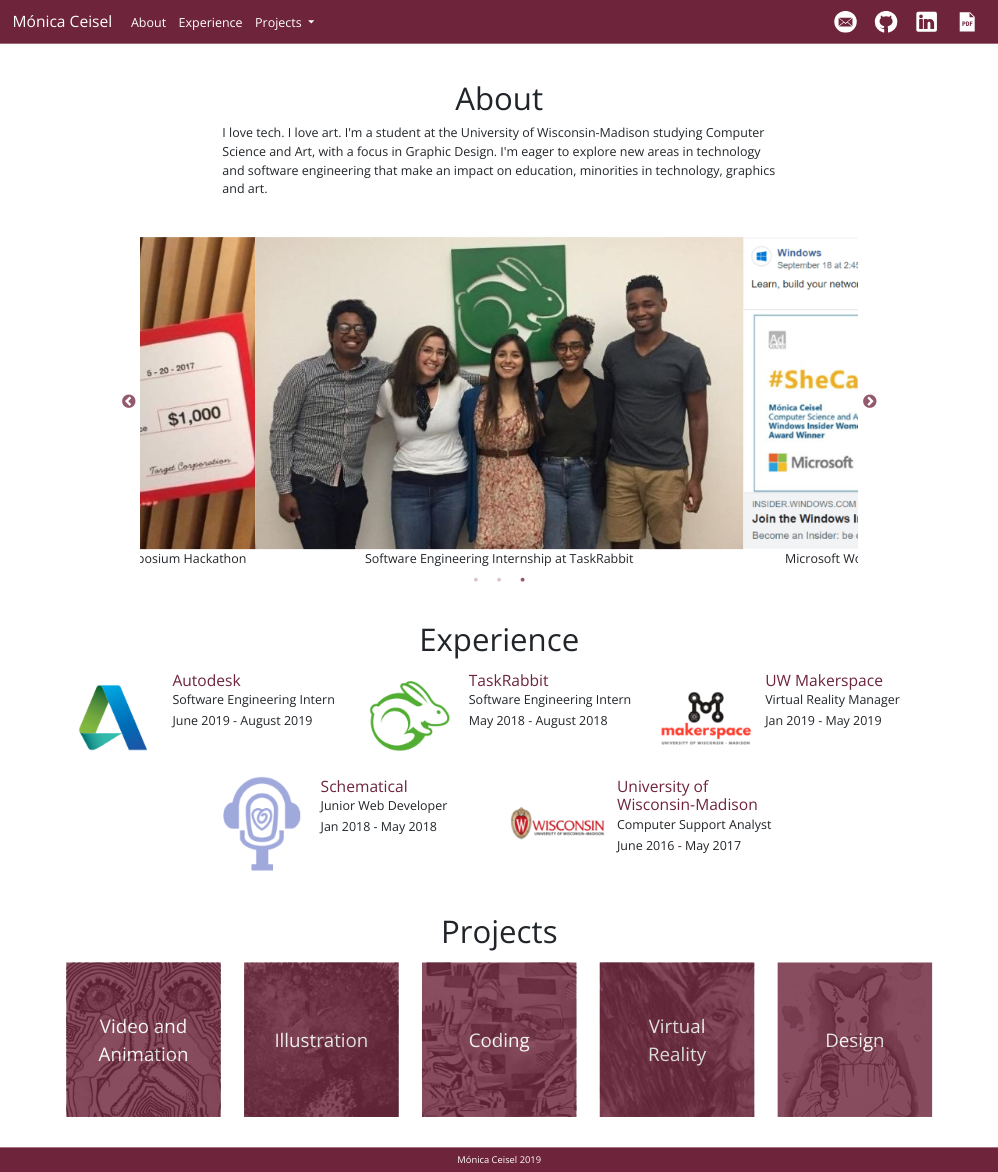
Repository: ceiselm/ceiselm.github.io
Page: index.html
The author's editor kept a copy of each file at every save. The page is drawn from the files as they stood at one save, then again after the next save.
The browser window is 1280 px wide. The pictures show the whole page, at 78% of full size.

Above is the page before, as saved 2019-08-07 20:47:12.

### index.html
<!DOCTYPE html>
<html lang="en">

<head>
  <meta charset="utf-8">
  <meta http-equiv="X-UA-Compatible" content="IE=edge">
  <meta name="viewport" content="width=device-width, initial-scale=1">
  <title>M&oacute;nica Ceisel</title>
  <!-- Bootstrap -->
  <link href="css/bootstrap-4.2.1.css" rel="stylesheet">
  <!-- slick -->
  <link rel="stylesheet" type="text/css" href="slick/slick.css" />
  <!-- Add the new slick-theme.css if you want the default styling -->
  <link rel="stylesheet" type="text/css" href="slick/slick-theme.css" />
  <!-- font -->
  <link href="https://fonts.googleapis.com/css?family=Open+Sans&display=swap" rel="stylesheet">
  <!-- overwrites -->
  <link href="css/home.css" rel="stylesheet">
</head>

<body>
  <main>
    <!-- site navigation component START -->
    <nav class="navbar navbar-expand-lg navbar-dark bg-dark">
      <a class="navbar-brand" href="./index.html">M&oacute;nica Ceisel</a>
      <button class="navbar-toggler" type="button" data-toggle="collapse" data-target="#navbarSupportedContent"
        aria-controls="navbarSupportedContent" aria-expanded="false" aria-label="Toggle navigation">
        <span class="navbar-toggler-icon"></span>
      </button>
      <div class="collapse navbar-collapse" id="navbarSupportedContent">
        <ul class="navbar-nav mr-auto">
          <li class="nav-item">
            <a class="nav-link" href="#startAbout">About</a>
          </li>
          <li class="nav-item">
            <a class="nav-link" href="#startExperience">Experience</a>
          </li>
          <li class="nav-item dropdown">
            <a class="nav-link dropdown-toggle" href="#" id="navbarDropdown" role="button" data-toggle="dropdown"
              aria-haspopup="true" aria-expanded="false">
              Projects
            </a>
            <div class="dropdown-menu" aria-labelledby="navbarDropdown">
              <a class="dropdown-item" href="./subpages/coding.html">Coding</a>
              <div class="dropdown-divider"></div>
              <a class="dropdown-item" href="./subpages/illustration.html">Illustration</a>
              <a class="dropdown-item" href="./subpages/design.html">Design</a>
              <a class="dropdown-item" href="./subpages/virtualreality.html">Virtual Reality</a>
              <a class="dropdown-item" href="./subpages/videoandanimation.html">Video and Animation</a>
            </div>
          </li>
        </ul>
      </div>
      <!--		HAVE ICONS APPEAR ON BOTTOM FOR RESPONSIVE!-->
      <div class="navabar navbar-collapse">
        <ul class="navbar-nav ml-auto">
          <li class="nav-item">
            <a target="_blank" href="mailto:ceiselm@gmail.com"><img class="contact-icon" src="images/social/mail.svg"
                title="ceiselm@gmail.com" alt="mail"></a>
            <a target="_blank" href="https://github.com/ceiselm"><img class="contact-icon" src="images/social/github.svg"
                title="ceiselm" alt="github"></a>
            <a target="_blank" href="https://www.linkedin.com/in/monicaceisel/"><img class="contact-icon" src="images/social/linkedin.svg"
                title="monicaceisel" alt="linkedin"></a>
            <!-- <a target="_blank" href="https://twitter.com/Momonimations"><img class="contact-icon" src="images/social/twitter.svg" title="Momonimations" alt="twitter"></a> -->
            <a target="_blank" href="https://drive.google.com/file/d/1Cxu938UaEI__a5fxJjOS7-iBWBv4FZOx/view?usp=sharing"><img
                class="contact-icon" src="images/social/pdf.svg" title="Resume" alt="resume"></a>
          </li>
        </ul>
      </div>
    </nav>
    <!-- site navigation component END -->
    <!-- <hr> -->
    <!-- about START -->
    <div class="portion">
      <section>
        <div class="text-center mt-2">
          <div class="container">
            <div class="row">
              <div class="col-12">
                <h1 id="startAbout">About</h1>
                <div class="container">
                  <div class="row justify-content-center">
                    <div class="col col-md-8">
                      <p align="left">I love tech. I love art. I'm a student at the University of Wisconsin-Madison
                        studying Computer Science and Art,
                        with a focus in Graphic Design. I'm eager to explore new areas in technology and software
                        engineering that
                        make an impact on education, minorities in technology, graphics and art.
                      </p>
                    </div>
                  </div>
                </div>
                <!-- noteworthy articles -->
                <!--				https://insider.windows.com/en-us/community-news/how-this-coder-artist-grew-superpowers-to-create/-->
                <!--				https://insider.windows.com/en-us/community-news/extraordinary-women-in-computing/-->

                <!-- <div class="wrapper"> -->
                <div class="portion">
                  <div class="row align-items-center">
                  <div class="container col-lg-10 col-md-10">
                  <div class="slides">
                    <div><img class="slide-item col-sx-4" src="images/carousel/Microsoft.png" alt="First slide"><a class="highlight" href="https://insider.windows.com/en-us/community-news/how-this-coder-artist-grew-superpowers-to-create/">Microsoft Women
                      in Computing Award Winner</a></div>
                    <div><img class="slide-item col-sx-4" src="images/carousel/Target.jpg" alt="Second slide">1st Place for the
                      Target Women in Tech Symposium Hackathon</div>
                    <div><img class="slide-item col-sx-4" src="images/carousel/TaskRabbit.jpg" alt="Third slide">Software
                      Engineering Internship at TaskRabbit</div>
                  </div>
                </div>
                </div>
              </div>
              </div>
            </div>
          </div>
        </div>
      </section>
    </div>
    <!-- about END -->
    <!-- experience START -->
    <!-- <hr> -->
    <div class="portion">
      <section>
        <div class="container">
          <div class="row">
            <div class="col-12 text-center">
              <h1 id="startExperience">Experience</h1>
              <!-- <p>Lorem ipsum dolor sit amet, consectetur adipisicing elit. Quibusdam, magni, doloribus, possimus eum sapiente deleniti doloremque fugit ut expedita molestiae iusto debitis eveniet modi obcaecati ipsam quos quis labore dicta.</p> -->
            </div>
          </div>
        </div>
      </section>
      <section>
        <div class="container mt-2">
          <div class="row align-items-center">
            <div class="col-md-4 col-12">
              <ul class="list-unstyled">
                <li class="media">
                  <img class="mr-3" src="images/companies/120px-Autodesk_logo.svg.png" alt="Autodesk">
                  <div class="media-body">
                    <h5 class="mt-0 mb-1"><a href="https://www.autodesk.com/">Autodesk</a></h5>
                    <h6>Software Engineering Intern</h6>
                    <h6>June 2019 - August 2019</h6>
                  </div>
                </li>
              </ul>
            </div>
            <div class="col-md-4 col-12">
              <ul class="list-unstyled">
                <li class="media">
                  <img class="mr-3" src="images/companies/taskrabbit_logo.png" alt="TaskRabbit">
                  <div class="media-body">
                    <h5 class="mt-0 mb-1"><a href="https://www.taskrabbit.com/">TaskRabbit</a></h5>
                    <h6>Software Engineering Intern</h6>
                    <h6>May 2018 - August 2018</h6>
                  </div>
                </li>
              </ul>
            </div>
            <div class="col-md-4 col-12">
              <ul class="list-unstyled">
                <li class="media">
                  <img class="mr-3" src="images/companies/makerspacelogo.png" alt="Makerspace">
                  <div class="media-body">
                    <h5 class="mt-0 mb-1"><a href="https://making.engr.wisc.edu/">UW Makerspace</a></h5>
                    <h6>Virtual Reality Manager</h6>
                    <h6>Jan 2019 - May 2019</h6>
                  </div>
                </li>
              </ul>
            </div>
          </div>
        <!-- second row -->
        <div class="row">
          <div class="container col-lg-8 col-md-8 col-sm-12 col-xs-12">
                    <div class="row">
            <div class="col">
              <ul class="list-unstyled">
                <li class="media">
                  <img class="mr-3" src="images/companies/castdex_logo.png" alt="Schematical">
                  <div class="media-body">
                    <h5 class="mt-0 mb-1">Schematical</h5>
                    <h6>Junior Web Developer</h6>
                    <h6>Jan 2018 - May 2018</h6>
                  </div>
                </li>
              </ul>
            </div>
            <div class="col">
              <ul class="list-unstyled">
                <li class="media">
                  <img class="mr-3" src="images/companies/uwmadison.png" alt="University of Wisconsin-Madison">
                  <div class="media-body">
                    <h5 class="mt-0 mb-1"><a href="">University of Wisconsin-Madison</a></h5>
                    <h6>Computer Support Analyst</h6>
                    <h6>June 2016 - May 2017</h6>
                  </div>
                </li>
              </ul>

            </div>
            <div>
          </div>
          </div>

        </div>
      </section>
    </div>
  </div>
  <!-- experience END -->
    <!-- <hr> -->
    <!-- projects START -->
    <div class="portion">
      <section>
        <div class="container">
          <div class="row">
            <div class="col-12 text-center">
              <h1>Projects</h1>
              <!-- <p>Lorem ipsum dolor sit amet, consectetur adipisicing elit. Officia, et, placeat !</p> -->
            </div>
          </div>
          <div class="row mt-2">

            <div class="col-md mt-md-0 mt-1">
              <a href="./subpages/videoandanimation.html">
                <img class="image img-fluid float-right" src="images/buttons/Button03.png" alt="Video and Animation" href="#">
                <div class="overlay">
                  <div class="text">Video and Animation</div>
                </div>
              </a>
            </div>

            <div class="col-md mt-md-0 mt-1">
              <a href="./subpages/illustration.html">
                <img class="image img-fluid float-left" src="images/buttons/Button01.png" alt="Illustration">
                <div class="overlay">
                  <div class="text">Illustration</div>
                </div>
              </a>
            </div>

            <div class="col-md mt-md-0 mt-1">
              <a href="./subpages/coding.html">
                <img class="image img-fluid float-left" src="images/buttons/Button05.png" alt="Coding" href="#">
                <div class="overlay">
                  <div class="text">Coding</div>
                </div>
              </a>
            </div>
            <div class="col-md mt-md-0 mt-1">
              <a href="./subpages/virtualreality.html">
                <img class="image img-fluid float-right" src="images/buttons/Button04.png" alt="Virtual Reality" href="#">
                <div class="overlay">
                  <div class="text">Virtual Reality</div>
                </div>
              </a>
            </div>
            <div class="col-md mt-md-0 mt-1">
              <a href="./subpages/design.html">
                <img class="image img-fluid float-left" src="images/buttons/Button02.png" alt="Design" href="#">
                <div class="overlay">
                  <div class="text">Design</div>
                </div>
              </a>
            </div>
          </div>
        </div>
      </section>
    </div>
  <!-- projects END -->
  </main>
  <!-- footer START -->
  <div class="portion">
    <div class="footer">
      <div class="container h-100">
        <div class="row h-100 justify-content-center align-items-center footer-text">
          <div class="col-12 text-center">
            M&oacute;nica Ceisel 2019
          </div>
        </div>
      </div>
    </div>
  </div>
  <!-- footer END -->
  <!-- jQuery (necessary for Bootstrap's JavaScript plugins) -->
  <script src="js/jquery-3.3.1.min.js"></script>
  <!-- Include all compiled plugins (below), or include individual files as needed -->
  <script src="js/popper.min.js"></script>
  <script src="js/bootstrap-4.2.1.js"></script>
  <script src="js/index.js"></script>
  <!-- slick -->
  <script type="text/javascript" src="slick/slick.min.js"></script>
</body>

</html>

### css/home.css
@charset "utf-8";
/* CSS Document */

body {
  font-family: 'Open Sans', sans-serif;
}

main {
  padding-bottom: 2rem;
}

.footer {
  left: 0;
  bottom: 0;
  width: 100%;
  background-color: #6E243B;
  color: white;
  text-align: center;
  height: 2rem;
  position: relative;
  margin-top: -2rem;
  clear: both;
}

.footer-text {
  font-size: .75rem;
}

.contact-icon {
    height: 1.8em;
    width: 3em;

}

.contact-icon:hover {
    position: relative;
	opacity: .8;
}

.bg-dark {
  background-color: #6E243B !important;
}

.navbar-dark .navbar-nav .nav-link {
    color: rgba(255, 255, 255, 255);
}

h5 {
	color: #6E243B;
}

h5:hover, h5:link, h5:focus {
	color: #EDA200;
}

a {
	text-decoration: none !important;
	color: inherit;
}

a:hover, a:link, a:focus {
	color: inherit;
}

.image {
  position:relative;
  display: block;
  width: 100%;
  height: auto;
  opacity: 0.9;
  transition: 1s ease;
  -webkit-filter: grayscale(100%); /* Safari 6.0 - 9.0 */
  filter: grayscale(100%);
}

.overlay {
  position: relative;
  top: 0;
  bottom: 0;
  left: 0;
  right: 0;
  height: 100%;
  width: 100%;
  opacity: 0.8;
  background-color: #6E243B;
}

.col-md:hover .image {
  opacity: 1;
  -webkit-filter: grayscale(0%); /* Safari 6.0 - 9.0 */
  filter: grayscale(0%);
}

.col-md:hover .overlay {
  opacity: 0;
}


.text {
  color: white;
  font-size: 18pt;
  position: absolute;
  top: 50%;
  left: 50%;
  opacity: 1 !important;
  -webkit-transform: translate(-50%, -50%);
  -ms-transform: translate(-50%, -50%);
  transform: translate(-50%, -50%);
  text-align: center;
}


.slide-item {
  width: 100%;
}


.slick-prev:before {
  color: #6E243B;
}

.slick-next:before {
  color: #6E243B;
}

.slick-dots li.slick-active button::before {
  color: #6E243B;
}

.slick-dots li button::before {
  color: #6E243B;
}

.portion {
  padding-top: 3%;
}

.google-slides-container{
  position: relative;
  width: 100%;
  padding-top: 60%;
  overflow: hidden;
}

.google-slides-container iframe{
  position: absolute;
  top: 0;
  left: 0;
  width: 100%;
  height: 100%;
}

### js/index.js
$(document).ready(function(){
  $('.slides').slick({
    centerMode: true,
    centerPadding: '60px',
    slidesToShow: 1,
    slidesToScroll: 1,
    adaptiveHeight: true,
    dots: true,
    arrows: true,
    variableWidth: true,
    autoplay: true,
    autoplaySpeed: 2000,
    responsive: [
      {
        breakpoint: 768,
        settings: {
          arrows: false,
          centerMode: true,
          centerPadding: '40px',
          slidesToShow: 1
        }
      },
      {
        breakpoint: 480,
        settings: {
          arrows: false,
          centerMode: true,
          centerPadding: '40px',
          slidesToShow: 1
        }
      }
    ]

  });
});

Loaded but not shown: css/bootstrap-4.2.1.css (library); slick/slick.css (common file); slick/slick-theme.css (library); js/jquery-3.3.1.min.js (library); js/popper.min.js (library); js/bootstrap-4.2.1.js (library); slick/slick.min.js (library)

After the next save:
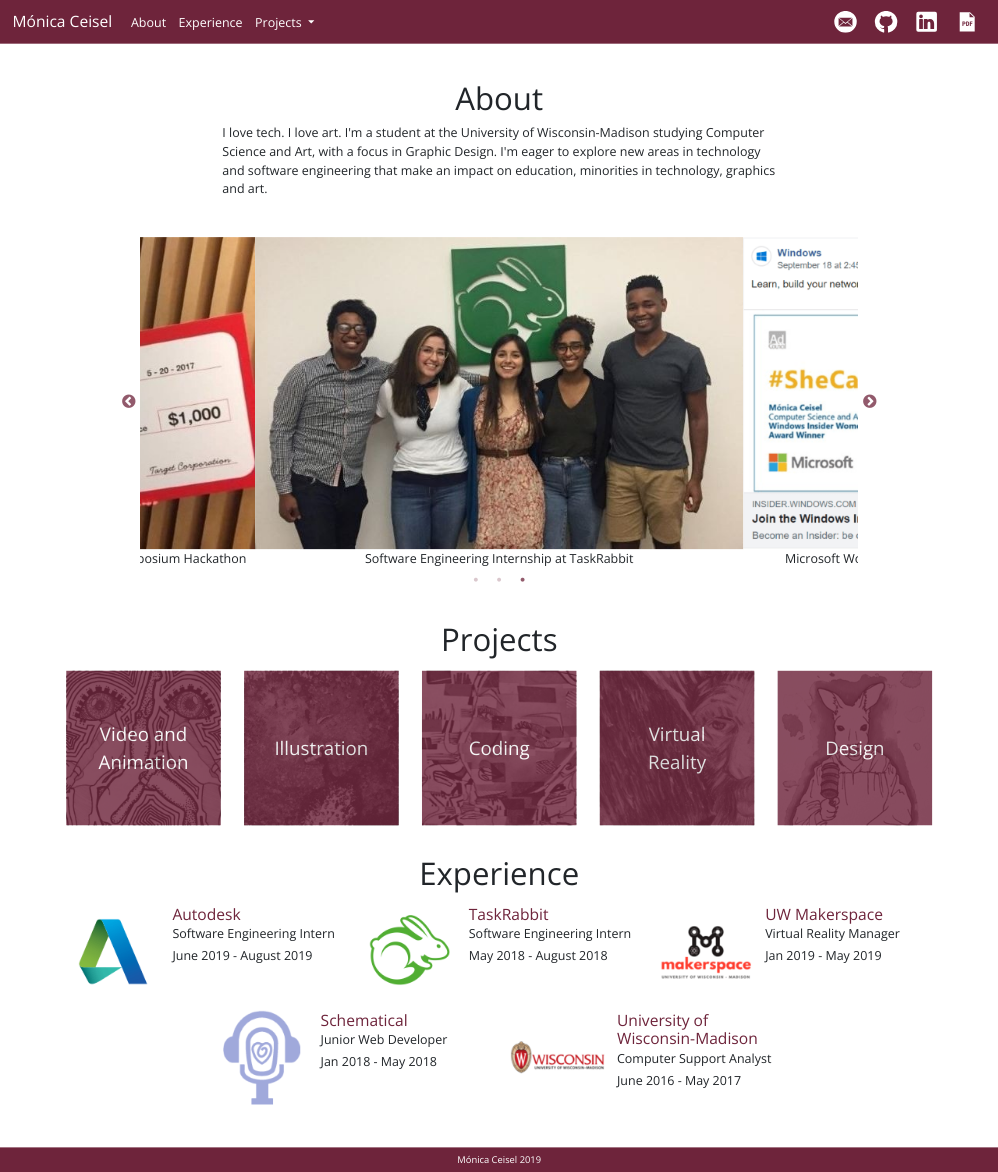
Saved 2 min 11 s later.
--- a/index.html
+++ b/index.html
@@ -116,6 +116,66 @@
       </section>
     </div>
     <!-- about END -->
+    <!-- <hr> -->
+    <!-- projects START -->
+    <div class="portion">
+      <section>
+        <div class="container">
+          <div class="row">
+            <div class="col-12 text-center">
+              <h1>Projects</h1>
+              <!-- <p>Lorem ipsum dolor sit amet, consectetur adipisicing elit. Officia, et, placeat !</p> -->
+            </div>
+          </div>
+          <div class="row mt-2">
+
+            <div class="col-md mt-md-0 mt-1">
+              <a href="./subpages/videoandanimation.html">
+                <img class="image img-fluid float-right" src="images/buttons/Button03.png" alt="Video and Animation" href="#">
+                <div class="overlay">
+                  <div class="text">Video and Animation</div>
+                </div>
+              </a>
+            </div>
+
+            <div class="col-md mt-md-0 mt-1">
+              <a href="./subpages/illustration.html">
+                <img class="image img-fluid float-left" src="images/buttons/Button01.png" alt="Illustration">
+                <div class="overlay">
+                  <div class="text">Illustration</div>
+                </div>
+              </a>
+            </div>
+
+            <div class="col-md mt-md-0 mt-1">
+              <a href="./subpages/coding.html">
+                <img class="image img-fluid float-left" src="images/buttons/Button05.png" alt="Coding" href="#">
+                <div class="overlay">
+                  <div class="text">Coding</div>
+                </div>
+              </a>
+            </div>
+            <div class="col-md mt-md-0 mt-1">
+              <a href="./subpages/virtualreality.html">
+                <img class="image img-fluid float-right" src="images/buttons/Button04.png" alt="Virtual Reality" href="#">
+                <div class="overlay">
+                  <div class="text">Virtual Reality</div>
+                </div>
+              </a>
+            </div>
+            <div class="col-md mt-md-0 mt-1">
+              <a href="./subpages/design.html">
+                <img class="image img-fluid float-left" src="images/buttons/Button02.png" alt="Design" href="#">
+                <div class="overlay">
+                  <div class="text">Design</div>
+                </div>
+              </a>
+            </div>
+          </div>
+        </div>
+      </section>
+    </div>
+  <!-- projects END -->
     <!-- experience START -->
     <!-- <hr> -->
     <div class="portion">
@@ -207,66 +267,6 @@
     </div>
   </div>
   <!-- experience END -->
-    <!-- <hr> -->
-    <!-- projects START -->
-    <div class="portion">
-      <section>
-        <div class="container">
-          <div class="row">
-            <div class="col-12 text-center">
-              <h1>Projects</h1>
-              <!-- <p>Lorem ipsum dolor sit amet, consectetur adipisicing elit. Officia, et, placeat !</p> -->
-            </div>
-          </div>
-          <div class="row mt-2">
-
-            <div class="col-md mt-md-0 mt-1">
-              <a href="./subpages/videoandanimation.html">
-                <img class="image img-fluid float-right" src="images/buttons/Button03.png" alt="Video and Animation" href="#">
-                <div class="overlay">
-                  <div class="text">Video and Animation</div>
-                </div>
-              </a>
-            </div>
-
-            <div class="col-md mt-md-0 mt-1">
-              <a href="./subpages/illustration.html">
-                <img class="image img-fluid float-left" src="images/buttons/Button01.png" alt="Illustration">
-                <div class="overlay">
-                  <div class="text">Illustration</div>
-                </div>
-              </a>
-            </div>
-
-            <div class="col-md mt-md-0 mt-1">
-              <a href="./subpages/coding.html">
-                <img class="image img-fluid float-left" src="images/buttons/Button05.png" alt="Coding" href="#">
-                <div class="overlay">
-                  <div class="text">Coding</div>
-                </div>
-              </a>
-            </div>
-            <div class="col-md mt-md-0 mt-1">
-              <a href="./subpages/virtualreality.html">
-                <img class="image img-fluid float-right" src="images/buttons/Button04.png" alt="Virtual Reality" href="#">
-                <div class="overlay">
-                  <div class="text">Virtual Reality</div>
-                </div>
-              </a>
-            </div>
-            <div class="col-md mt-md-0 mt-1">
-              <a href="./subpages/design.html">
-                <img class="image img-fluid float-left" src="images/buttons/Button02.png" alt="Design" href="#">
-                <div class="overlay">
-                  <div class="text">Design</div>
-                </div>
-              </a>
-            </div>
-          </div>
-        </div>
-      </section>
-    </div>
-  <!-- projects END -->
   </main>
   <!-- footer START -->
   <div class="portion">
